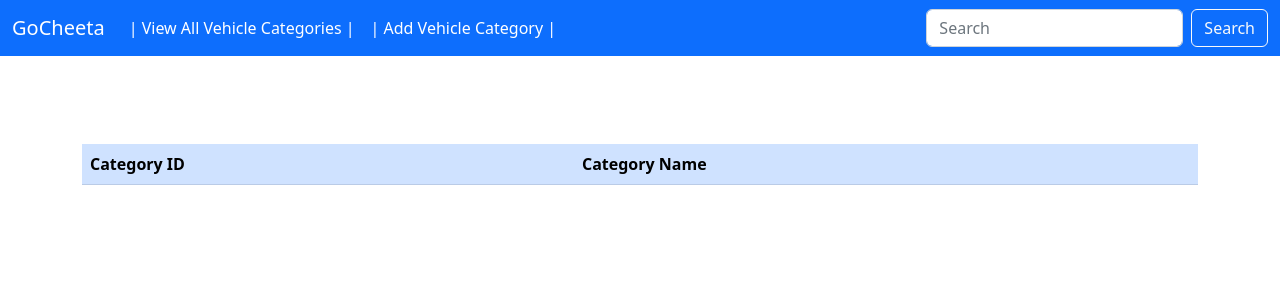
Repository: laksara20/gocheeta
Page: http://localhost/gocheeta-online/VehicleCategory?type=add
The author's editor kept a copy of each file at every save. The page is drawn from the files as they stood at one save, then again after the next save.
The browser window is 1280 px wide. The pictures show the whole page.
The page is served by Tomcat 9. Other server files are loaded and not shown. Queries for data that is not in the repository find no rows.

Above is the page before, as saved 2022-09-16 14:06:51.

### gocheeta-online/src/main/webapp/gocheeta-vehiclecategories.jsp
<%@ page language="java" contentType="text/html; charset=ISO-8859-1"
	pageEncoding="ISO-8859-1" isELIgnored="false"%>

<%@ taglib prefix="tag" uri="http://java.sun.com/jsp/jstl/core"%>

<!DOCTYPE html>

<html>
<head>
<!-- Latest compiled and minified CSS -->
<link
	href="https://cdn.jsdelivr.net/npm/bootstrap@5.2.1/dist/css/bootstrap.min.css"
	rel="stylesheet">

<!-- Latest compiled JavaScript -->
<script
	src="https://cdn.jsdelivr.net/npm/bootstrap@5.2.1/dist/js/bootstrap.bundle.min.js"></script>
<meta charset="ISO-8859-1">
<title>GoCheeta</title>
</head>
<body>
	<nav class="navbar navbar-expand-lg navbar-dark bg-primary">
		<div class="container-fluid">
			<a class="navbar-brand" href="#">GoCheeta</a>
			<button class="navbar-toggler" type="button"
				data-bs-toggle="collapse" data-bs-target="#navbarSupportedContent"
				aria-controls="navbarSupportedContent" aria-expanded="false"
				aria-label="Toggle navigation">
				<span class="navbar-toggler-icon"></span>
			</button>
			<div class="collapse navbar-collapse" id="navbarSupportedContent">
				<ul class="navbar-nav me-auto mb-2 mb-lg-0">
					<li class="nav-item"><a class="nav-link active"
						aria-current="page" href="#">| View All Vehicle Categories |</a></li>
					<li class="nav-item"><a class="nav-link active" href="#">| Add
							Vehicle Category |</a></li>
				</ul>
				<form class="d-flex" role="search">
					<input class="form-control me-2" type="search" placeholder="Search"
						aria-label="Search" name="vcid" id="vcid">
					<button class="btn btn-outline-light" type="submit">Search</button>
				</form>
			</div>
		</div>
	</nav>

	<br />
	<p style = "color:red;">${errormsg}</p>
	<br />
	<br />
	<div class="container">
		<table class="table table-striped">
			<thead>
				<tr class="table-primary">
					<th scope="col">Category ID</th>
					<th scope="col">Category Name</th>
				</tr>
			</thead>
			<tbody>
				<tag:forEach var="vehicleCategory" items="${vehicleCategoryList}">
					<tr>
						<td>${vehicleCategory.categoryID}</td>
						<td>${vehicleCategory.categoryName}</td>
					</tr>
				</tag:forEach>
			</tbody>
		</table>
	</div>


</body>
</html>

### gocheeta-online/src/main/java/com/laksara/gocheeta/controller/VehicleCategoryController.java
package com.laksara.gocheeta.controller;

import java.io.IOException;
import java.sql.SQLException;
import java.util.ArrayList;
import java.util.List;

import javax.servlet.RequestDispatcher;
import javax.servlet.ServletException;
import javax.servlet.http.HttpServlet;
import javax.servlet.http.HttpServletRequest;
import javax.servlet.http.HttpServletResponse;
import javax.servlet.http.HttpSession;

import com.laksara.gocheeta.model.VehicleCategory;
import com.laksara.gocheeta.service.VehicleCategoryService;

public class VehicleCategoryController extends HttpServlet {
	private static final long serialVersionUID = 1L;
	VehicleCategoryService vehicleCategoryService;
	String errormsg;

	public VehicleCategoryController() {
		vehicleCategoryService = VehicleCategoryService.getVehicleCategoryService();
	}

	protected void doGet(HttpServletRequest request, HttpServletResponse response)
			throws ServletException, IOException {
		String categoryID = request.getParameter("vcid");
		if (categoryID != null) {
			launchSpecificVehicleCategory(request, response);
		} else {
			launchAllVehicleCategories(request, response);
		}

	}

	protected void doPost(HttpServletRequest request, HttpServletResponse response)
			throws ServletException, IOException {

	}

	private void launchSpecificVehicleCategory(HttpServletRequest request, HttpServletResponse response) throws IOException {

		clearMessage();

		String categoryID = request.getParameter("vcid");
		VehicleCategory vehicleCategory = new VehicleCategory();


			try {
				vehicleCategory = vehicleCategoryService.getVehicleCategory(categoryID);
			} catch (ClassNotFoundException | SQLException e) {
				errormsg = e.getMessage();
			}

		HttpSession session = request.getSession();
		session.setAttribute("errormsg", errormsg);
		session.setAttribute("vehicleCategory", vehicleCategory);


		response.sendRedirect("gocheeta-managevehiclecategories.jsp");

	}

	private void launchAllVehicleCategories(HttpServletRequest request, HttpServletResponse response)
			throws ServletException, IOException {

		List<VehicleCategory> vehicleCategoryList;

		clearMessage();

		try {
			vehicleCategoryList = vehicleCategoryService.getVehicleCategories();
		} catch (ClassNotFoundException | SQLException e) {
			errormsg = e.getMessage();
			vehicleCategoryList = new ArrayList<VehicleCategory>();
		}

		request.setAttribute("vehicleCategoryList", vehicleCategoryList);
		request.setAttribute("errormsg", errormsg);

		RequestDispatcher rd = request.getRequestDispatcher("gocheeta-vehiclecategories.jsp");
		rd.forward(request, response);
	}

	private void clearMessage() {
		errormsg = "";
	}

}

### gocheeta-online/src/main/java/com/laksara/gocheeta/dao/VehicleCategoryFactory.java
package com.laksara.gocheeta.dao;

public class VehicleCategoryFactory {
	public static VehicleCategoryManager getVehicleCategoryManagerInstance() {
		return new VehicleCategoryManagerImpl();

	}
}

### gocheeta-online/src/main/java/com/laksara/gocheeta/dao/VehicleCategoryManager.java
package com.laksara.gocheeta.dao;

import java.sql.SQLException;
import java.util.List;

import com.laksara.gocheeta.model.VehicleCategory;

public interface VehicleCategoryManager {
	public boolean addVehicleCategory(VehicleCategory vehicleCategory) throws ClassNotFoundException, SQLException;
	public VehicleCategory getVehicleCategory(String categoryID) throws ClassNotFoundException, SQLException;
	public List<VehicleCategory> getVehicleCategories() throws ClassNotFoundException, SQLException;
	public boolean updateVehicleCategory(VehicleCategory vehicleCategory) throws ClassNotFoundException, SQLException;
	public boolean deleteVehicleCategory(String categoryID) throws ClassNotFoundException, SQLException;

}

### gocheeta-online/src/main/java/com/laksara/gocheeta/dao/VehicleCategoryManagerImpl.java
package com.laksara.gocheeta.dao;

import java.sql.Connection;
import java.sql.DriverManager;
import java.sql.PreparedStatement;
import java.sql.ResultSet;
import java.sql.SQLException;
import java.sql.Statement;
import java.util.ArrayList;
import java.util.List;

import com.laksara.gocheeta.model.VehicleCategory;

public class VehicleCategoryManagerImpl implements VehicleCategoryManager {

	/*
	 * 1. Import the Package 2. Load the Driver 3. Establish the connection 4.
	 * Create the statement 5. Execute the query 6. Process the result 7. Close the
	 * connection and the statement
	 */

	private Connection getConnection() throws ClassNotFoundException, SQLException {
		MySQLDBConnectorImpl mysql = new MySQLDBConnectorImpl();
		return mysql.getConnection();

	}

	public boolean addVehicleCategory(VehicleCategory vehicleCategory) throws ClassNotFoundException, SQLException {
		Connection connection = getConnection();

		String query = "INSERT INTO vehicle_category(categoryID,categoryName) VALUES(?,?)";
		PreparedStatement ps = connection.prepareStatement(query);
		ps.setString(1, vehicleCategory.getCategoryID());
		ps.setString(2, vehicleCategory.getCategoryName());

		int result = ps.executeUpdate();
		connection.close();

		return result > 0;
	}

	public VehicleCategory getVehicleCategory(String categoryID) throws ClassNotFoundException, SQLException {
		Connection connection = getConnection();
		String query = "SELECT * FROM vehicle_category WHERE categoryID = ?";
		PreparedStatement ps = connection.prepareStatement(query);
		ps.setString(1, categoryID);

		ResultSet rs = ps.executeQuery();

		VehicleCategory vehicleCategory = new VehicleCategory();

		while(rs.next()) {
			vehicleCategory.setCategoryID(rs.getString("categoryID"));
			vehicleCategory.setCategoryName(rs.getString("categoryName"));
		}

		ps.close();
		connection.close();

		return vehicleCategory;
	}

	public List<VehicleCategory> getVehicleCategories() throws ClassNotFoundException, SQLException {
		Connection connection = getConnection();
		String query = "SELECT * FROM vehicle_category";
		Statement st = connection.createStatement();
		ResultSet rs = st.executeQuery(query);

		List<VehicleCategory> vehicleCategoryList  = new ArrayList();


		while(rs.next()) {
			VehicleCategory vehicleCategory = new VehicleCategory();
			vehicleCategory.setCategoryID(rs.getString("categoryID"));
			vehicleCategory.setCategoryName(rs.getString("categoryName"));

			vehicleCategoryList.add(vehicleCategory);
		}

		st.close();
		connection.close();

		return vehicleCategoryList;
	}

	public boolean updateVehicleCategory(VehicleCategory vehicleCategory) throws ClassNotFoundException, SQLException {
		Connection connection = getConnection();
		String query = "UPDATE vehicle_category SET categoryName = ? WHERE categoryID = ?";

		PreparedStatement ps = connection.prepareStatement(query);
		ps.setString(1,vehicleCategory.getCategoryName());
		ps.setString(2, vehicleCategory.getCategoryID());

		int result = ps.executeUpdate();
		ps.close();
		connection.close();

		return result > 0;
	}

	public boolean deleteVehicleCategory(String categoryID) throws ClassNotFoundException, SQLException {
		Connection connection = getConnection();
		String query = "DELETE FROM vehicle_category WHERE categoryID = ?";

		PreparedStatement ps = connection.prepareStatement(query);
		ps.setString(1,categoryID);

		int result = ps.executeUpdate();
		ps.close();
		connection.close();

		return result > 0;
	}

}

### gocheeta-online/src/main/java/com/laksara/gocheeta/dao/DBConnector.java
package com.laksara.gocheeta.dao;

import java.sql.Connection;
import java.sql.SQLException;

public interface DBConnector {
	public Connection getConnection() throws ClassNotFoundException, SQLException;

}

### gocheeta-online/src/main/java/com/laksara/gocheeta/dao/MySQLDBConnectorImpl.java
package com.laksara.gocheeta.dao;

import java.sql.Connection;
import java.sql.DriverManager;
import java.sql.SQLException;

public class MySQLDBConnectorImpl implements DBConnector {

	@Override
	public Connection getConnection() throws ClassNotFoundException, SQLException {
		Class.forName("com.mysql.cj.jdbc.Driver");
		String url = "jdbc:mysql://localhost:3306/gocheeta";
		String username = "root";
		String password = "password";
		Connection connection = DriverManager.getConnection(url, username, password);
		return connection;
	}

}

After the next save:
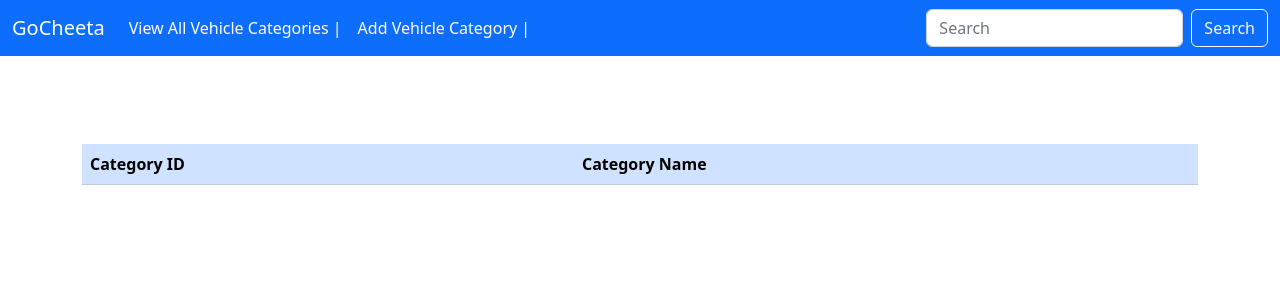
Saved 30 s later.
--- a/gocheeta-online/src/main/webapp/gocheeta-vehiclecategories.jsp
+++ b/gocheeta-online/src/main/webapp/gocheeta-vehiclecategories.jsp
@@ -31,8 +31,8 @@
 			<div class="collapse navbar-collapse" id="navbarSupportedContent">
 				<ul class="navbar-nav me-auto mb-2 mb-lg-0">
 					<li class="nav-item"><a class="nav-link active"
-						aria-current="page" href="#">| View All Vehicle Categories |</a></li>
-					<li class="nav-item"><a class="nav-link active" href="#">| Add
+						aria-current="page" href="#">View All Vehicle Categories |</a></li>
+					<li class="nav-item"><a class="nav-link active" href="#"> Add
 							Vehicle Category |</a></li>
 				</ul>
 				<form class="d-flex" role="search">
